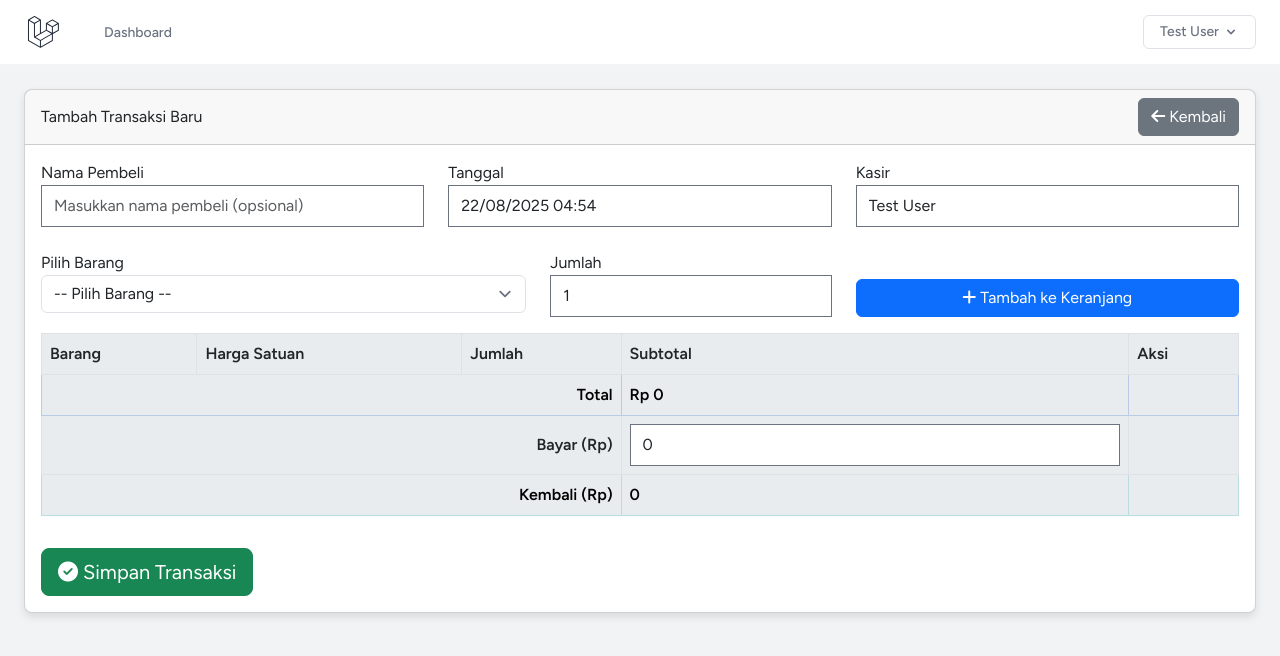
Repository: mufti-1448/kasir-app
Page: http://localhost/transaksis/create
An editor plug-in stored every save of this project. The page is shown before and after a run of saves, followed by the edit.
The browser window is 1280 px wide. The pictures show the whole page.
The page is served by the project's Laravel application, run on PHP 8.4 with Laravel 12. A made-up administrator, Test User (test@example.com), is signed in. Other server files are loaded and not shown. Style sheets and scripts are compiled from the project's sources, by tool versions that may differ from the author's. Queries for data that is not in the repository find no rows.

Above is the page before, as saved 2025-09-02 23:12:24.

### routes/web.php
<?php

use App\Http\Controllers\ProfileController;
use App\Http\Controllers\BarangController;
use Illuminate\Support\Facades\Route;
use App\Http\Controllers\TransaksiController;

Route::get('/', function () {
    return view('welcome');
});

Route::get('/dashboard', function () {
    return view('dashboard');
})->middleware(['auth', 'verified'])->name('dashboard');

Route::middleware('auth')->group(function () {
    // Profile routes
    Route::get('/profile', [ProfileController::class, 'edit'])->name('profile.edit');
    Route::patch('/profile', [ProfileController::class, 'update'])->name('profile.update');
    Route::delete('/profile', [ProfileController::class, 'destroy'])->name('profile.destroy');

    // Barang routes - menggunakan resource controller
    Route::resource('barangs', BarangController::class);

    // Alternatif: jika ingin mendefinisikan manual satu per satu
    // Route::get('/barangs', [BarangController::class, 'index'])->name('barangs.index');
    // Route::get('/barangs/create', [BarangController::class, 'create'])->name('barangs.create');
    // Route::post('/barangs', [BarangController::class, 'store'])->name('barangs.store');
    // Route::get('/barangs/{barang}', [BarangController::class, 'show'])->name('barangs.show');
    // Route::get('/barangs/{barang}/edit', [BarangController::class, 'edit'])->name('barangs.edit');
    // Route::put('/barangs/{barang}', [BarangController::class, 'update'])->name('barangs.update');
    // Route::delete('/barangs/{barang}', [BarangController::class, 'destroy'])->name('barangs.destroy');

    // Tambahkan di dalam middleware auth
    Route::resource('transaksis', TransaksiController::class);
    Route::post('transaksis/add-item', [TransaksiController::class, 'addItem'])->name('transaksis.addItem');
    Route::post('transaksis/remove-item', [TransaksiController::class, 'removeItem'])->name('transaksis.removeItem');
    Route::post('transaksis/process-payment', [TransaksiController::class, 'processPayment'])->name('transaksis.processPayment');
});

require __DIR__ . '/auth.php';

### app/Models/Barang.php
<?php

namespace App\Models;

use Illuminate\Database\Eloquent\Factories\HasFactory;
use Illuminate\Database\Eloquent\Model;
use Illuminate\Database\Eloquent\SoftDeletes;

class Barang extends Model
{
    use HasFactory, SoftDeletes;

    protected $table = 'barangs'; // <- Pastikan ini 'barangs'

    protected $fillable = [
        'nama',
        'kategori',
        'harga_beli',
        'harga_jual',
        'stok',
        'satuan'
    ];
}

### resources/views/transaksis/create.blade.php
@extends('layouts.app')

@section('title', 'Tambah Transaksi Baru')

@section('content')
    <div class="container-fluid">
        <div class="row">
            <div class="col-md-12">
                <div class="card">
                    <div class="card-header d-flex justify-content-between align-items-center">
                        <h5 class="mb-0">Tambah Transaksi Baru</h5>
                        <a href="{{ route('transaksis.index') }}" class="btn btn-secondary">
                            <i class="fas fa-arrow-left"></i> Kembali
                        </a>
                    </div>
                    <div class="card-body">
                        <form id="form-transaksi" method="POST" action="{{ route('transaksis.store') }}">
                            @csrf

                            <!-- Informasi Transaksi & Nama Pembeli -->
                            <div class="row mb-4">
                                <div class="col-md-4">
                                    <div class="form-group">
                                        <label for="nama_pembeli">Nama Pembeli</label>
                                        <input type="text" name="nama_pembeli" id="nama_pembeli" class="form-control"
                                            placeholder="Masukkan nama pembeli (opsional)"
                                            value="{{ old('nama_pembeli') }}">
                                    </div>
                                </div>
                                <div class="col-md-4">
                                    <div class="form-group">
                                        <label for="tanggal">Tanggal</label>
                                        <input type="text" class="form-control" value="{{ now()->format('d/m/Y H:i') }}"
                                            readonly>
                                    </div>
                                </div>
                                <div class="col-md-4">
                                    <div class="form-group">
                                        <label for="kasir">Kasir</label>
                                        <input type="text" class="form-control" value="{{ auth()->user()->name }}"
                                            readonly>
                                    </div>
                                </div>
                            </div>

                            <!-- Pilih Barang -->
                            <div class="row mb-3">
                                <div class="col-md-5">
                                    <label for="barang_id">Pilih Barang</label>
                                    <select id="barang_id" class="form-control">
                                        <option value="">-- Pilih Barang --</option>
                                        @foreach ($barangs as $barang)
                                            <option value="{{ $barang->id }}" data-harga="{{ $barang->harga_jual }}"
                                                data-nama="{{ $barang->nama }}" data-stok="{{ $barang->stok }}"
                                                data-kode="{{ $barang->kode }}">
                                                {{ $barang->kode }} - {{ $barang->nama }} (Stok: {{ $barang->stok }}) -
                                                Rp {{ number_format($barang->harga_jual, 0, ',', '.') }}
                                            </option>
                                        @endforeach
                                    </select>
                                    <small class="text-muted" id="stok-info"></small>
                                </div>
                                <div class="col-md-3">
                                    <label for="jumlah">Jumlah</label>
                                    <input type="number" id="jumlah" class="form-control" min="1" value="1">
                                </div>
                                <div class="col-md-4 d-flex align-items-end ">
                                    <button type="button" id="btn-tambah" class="btn btn-primary w-100">
                                        <i class="fas fa-plus"></i> Tambah ke Keranjang
                                    </button>
                                </div>
                            </div>

                            <!-- Tabel Transaksi -->
                            <div class="table-responsive mb-3">
                                <table class="table table-bordered table-hover" id="tabel-transaksi">
                                    <thead class="thead-light">
                                        <tr>
                                            <th>Barang</th>
                                            <th>Harga Satuan</th>
                                            <th>Jumlah</th>
                                            <th>Subtotal</th>
                                            <th>Aksi</th>
                                        </tr>
                                    </thead>
                                    <tbody>
                                        <!-- Items akan ditambahkan di sini via JavaScript -->
                                    </tbody>
                                    <tfoot>
                                        <tr class="table-primary">
                                            <th colspan="3" class="text-end">Total</th>
                                            <th id="total">Rp 0</th>
                                            <th></th>
                                        </tr>
                                        <tr>
                                            <th colspan="3" class="text-end">Bayar (Rp)</th>
                                            <th>
                                                <input type="number" name="bayar" id="bayar" class="form-control"
                                                    min="0" required value="{{ old('bayar', 0) }}">
                                            </th>
                                            <th></th>
                                        </tr>
                                        <tr class="table-info">
                                            <th colspan="3" class="text-end">Kembali (Rp)</th>
                                            <th id="kembali">0</th>
                                            <th></th>
                                        </tr>
                                    </tfoot>
                                </table>
                            </div>

                            <button type="submit" class="btn btn-success btn-lg">
                                <i class="fas fa-check-circle"></i> Simpan Transaksi
                            </button>
                        </form>
                    </div>
                </div>
            </div>
        </div>
    </div>
@endsection

@section('scripts')
    <script>
        document.addEventListener('DOMContentLoaded', function() {
            const barangSelect = document.getElementById('barang_id');
            const jumlahInput = document.getElementById('jumlah');
            const btnTambah = document.getElementById('btn-tambah');
            const tabelBody = document.querySelector('#tabel-transaksi tbody');
            const totalEl = document.getElementById('total');
            const bayarEl = document.getElementById('bayar');
            const kembaliEl = document.getElementById('kembali');
            const stokInfo = document.getElementById('stok-info');
            const form = document.getElementById('form-transaksi');

            let items = [];

            // Tampilkan info stok saat barang dipilih
            barangSelect.addEventListener('change', function() {
                if (this.value) {
                    const selectedOption = this.options[this.selectedIndex];
                    const stok = parseInt(selectedOption.getAttribute('data-stok'));
                    stokInfo.textContent = `Stok tersedia: ${stok}`;
                    stokInfo.className = 'text-muted';
                    jumlahInput.setAttribute('max', stok);
                } else {
                    stokInfo.textContent = '';
                }
            });

            // Format Rupiah
            function formatRupiah(angka) {
                return new Intl.NumberFormat('id-ID').format(angka);
            }

            // Update total dan kembalian
            function updateTotal() {
                let total = items.reduce((sum, item) => sum + item.harga * item.jumlah, 0);
                totalEl.textContent = 'Rp ' + formatRupiah(total);

                const bayar = parseFloat(bayarEl.value) || 0;
                const kembali = bayar - total;
                kembaliEl.textContent = formatRupiah(kembali > 0 ? kembali : 0);

                // Validasi bayar
                if (bayar < total) {
                    bayarEl.classList.add('is-invalid');
                    kembaliEl.parentElement.classList.add('table-danger');
                } else {
                    bayarEl.classList.remove('is-invalid');
                    kembaliEl.parentElement.classList.remove('table-danger');
                }
            }

            // Tambah item ke keranjang
            btnTambah.addEventListener('click', function() {
                if (!barangSelect.value) {
                    alert('Pilih barang terlebih dahulu');
                    return;
                }

                const selectedOption = barangSelect.options[barangSelect.selectedIndex];
                const barangId = barangSelect.value;
                const nama = selectedOption.getAttribute('data-nama');
                const kode = selectedOption.getAttribute('data-kode');
                const harga = parseFloat(selectedOption.getAttribute('data-harga'));
                const stok = parseInt(selectedOption.getAttribute('data-stok'));
                const jumlah = parseInt(jumlahInput.value);

                if (isNaN(jumlah) || jumlah < 1) {
                    alert('Jumlah harus minimal 1');
                    return;
                }

                if (jumlah > stok) {
                    alert(`Stok tidak cukup. Stok tersedia: ${stok}`);
                    return;
                }

                // Cek apakah barang sudah ada di keranjang
                const existingItem = items.find(item => item.barangId === barangId);

                if (existingItem) {
                    const newJumlah = existingItem.jumlah + jumlah;
                    if (newJumlah > stok) {
                        alert(`Stok tidak cukup untuk menambah jumlah. Stok tersedia: ${stok}`);
                        return;
                    }
                    existingItem.jumlah = newJumlah;

                    // Update tabel
                    const row = tabelBody.querySelector(`tr[data-barang-id="${barangId}"]`);
                    row.cells[2].textContent = newJumlah;
                    row.cells[3].textContent = 'Rp ' + formatRupiah(newJumlah * harga);
                } else {
                    const newItem = {
                        barangId,
                        kode,
                        nama,
                        harga,
                        jumlah
                    };
                    items.push(newItem);

                    const newRow = tabelBody.insertRow();
                    newRow.setAttribute('data-barang-id', barangId);
                    newRow.innerHTML = `
                <td>${kode} - ${nama}</td>
                <td>Rp ${formatRupiah(harga)}</td>
                <td>${jumlah}</td>
                <td>Rp ${formatRupiah(harga * jumlah)}</td>
                <td>
                    <button type="button" class="btn btn-sm btn-danger btn-hapus">
                        <i class="fas fa-trash"></i>
                    </button>
                </td>
            `;

                    // Hapus item
                    const btnHapus = newRow.querySelector('.btn-hapus');
                    btnHapus.addEventListener('click', function() {
                        items = items.filter(item => item.barangId !== barangId);
                        newRow.remove();
                        updateTotal();
                    });
                }

                updateTotal();
                jumlahInput.value = 1;
            });

            // Hitung kembalian saat bayar berubah
            bayarEl.addEventListener('input', updateTotal);

            // Validasi form sebelum submit
            form.addEventListener('submit', function(e) {
                if (items.length === 0) {
                    e.preventDefault();
                    alert('Tambahkan minimal satu item ke keranjang');
                    return;
                }

                const total = items.reduce((sum, item) => sum + item.harga * item.jumlah, 0);
                const bayar = parseFloat(bayarEl.value) || 0;
                if (bayar < total) {
                    e.preventDefault();
                    alert('Jumlah pembayaran kurang dari total transaksi');
                    return;
                }

                // Tambahkan input hidden untuk setiap item
                items.forEach((item, index) => {
                    const inputBarangId = document.createElement('input');
                    inputBarangId.type = 'hidden';
                    inputBarangId.name = `items[${index}][barang_id]`;
                    inputBarangId.value = item.barangId;
                    form.appendChild(inputBarangId);

                    const inputJumlah = document.createElement('input');
                    inputJumlah.type = 'hidden';
                    inputJumlah.name = `items[${index}][jumlah]`;
                    inputJumlah.value = item.jumlah;
                    form.appendChild(inputJumlah);

                    const inputHarga = document.createElement('input');
                    inputHarga.type = 'hidden';
                    inputHarga.name = `items[${index}][harga_satuan]`;
                    inputHarga.value = item.harga;
                    form.appendChild(inputHarga);
                });
            });

            // Inisialisasi
            updateTotal();
        });
    </script>
@endsection


@section('styles')
    <style>
        .table th {
            vertical-align: middle;
        }

        #stok-info {
            display: block;
            margin-top: 5px;
        }

        .is-invalid {
            border-color: #dc3545;
        }
    </style>
@endsection

### resources/views/layouts/app.blade.php
<!DOCTYPE html>
<html lang="{{ str_replace('_', '-', app()->getLocale()) }}">
<head>
    <meta charset="utf-8">
    <meta name="viewport" content="width=device-width, initial-scale=1">
    <meta name="csrf-token" content="{{ csrf_token() }}">

    <title>{{ config('app.name', 'Laravel') }}</title>

    <!-- Fonts -->
    <link rel="preconnect" href="https://fonts.bunny.net">
    <link href="https://fonts.bunny.net/css?family=figtree:400,500,600&display=swap" rel="stylesheet">

    <!-- Bootstrap CSS -->
    <link href="https://cdn.jsdelivr.net/npm/bootstrap@5.3.0/dist/css/bootstrap.min.css" rel="stylesheet">

    <!-- Font Awesome -->
    <link rel="stylesheet" href="https://cdnjs.cloudflare.com/ajax/libs/font-awesome/6.4.0/css/all.min.css">

    <!-- App CSS -->
    @vite(['resources/css/app.css', 'resources/js/app.js'])

    <!-- Custom Styles -->
    <style>
        body {
            font-family: 'Figtree', sans-serif;
            background-color: #f1f3f5;
        }

        .card {
            box-shadow: 0 0.25rem 0.5rem rgba(0,0,0,0.1);
            border-radius: 0.5rem;
            transition: transform 0.2s;
        }
        .card:hover {
            transform: translateY(-5px);
        }

        .table th {
            background-color: #e9ecef;
        }

        header.bg-white {
            background-color: #ffffff !important;
        }

        .btn-delete {
            color: #fff;
            background-color: #dc3545;
            border: none;
        }
        .btn-delete:hover {
            background-color: #c82333;
        }
    </style>
</head>
<body>
    <div class="min-vh-100 d-flex flex-column">
        <!-- Navigation -->
        @include('layouts.navigation')

        <!-- Page Heading -->
        @if (isset($header))
            <header class="bg-white shadow-sm">
                <div class="container py-4 px-3">
                    {{ $header }}
                </div>
            </header>
        @endif

        <!-- Page Content -->
        <main class="flex-grow-1 container my-4">
            @yield('content')
        </main>
    </div>

    <!-- Bootstrap JS -->
    <script src="https://cdn.jsdelivr.net/npm/bootstrap@5.3.0/dist/js/bootstrap.bundle.min.js"></script>

    @yield('scripts')
    <!-- Script Konfirmasi -->
    <script>
        document.addEventListener('DOMContentLoaded', function() {
            document.querySelectorAll('.btn-delete').forEach(button => {
                button.addEventListener('click', function(e) {
                    if(!confirm('Apakah Anda yakin ingin menghapus data ini?')) {
                        e.preventDefault();
                    }
                });
            });
        });
    </script>

</body>
</html>

Loaded but not shown: routes/auth.php (common file); app/Http/Controllers/Auth/EmailVerificationPromptController.php (common file); app/Http/Controllers/Controller.php (common file); app/Http/Controllers/Auth/VerifyEmailController.php (common file); app/Models/User.php (common file); resources/views/layouts/navigation.blade.php (common file); resources/views/components/application-logo.blade.php (common file); resources/views/components/nav-link.blade.php (common file); resources/views/components/dropdown-link.blade.php (common file); resources/views/components/dropdown.blade.php (common file); resources/views/components/responsive-nav-link.blade.php (common file); resources/css/app.css (common file); tailwind.config.js (common file); resources/js/app.js (common file); resources/js/bootstrap.js (common file); app/Http/Controllers/TransaksiController.php (184 lines, source omitted)

After the next 4 saves:
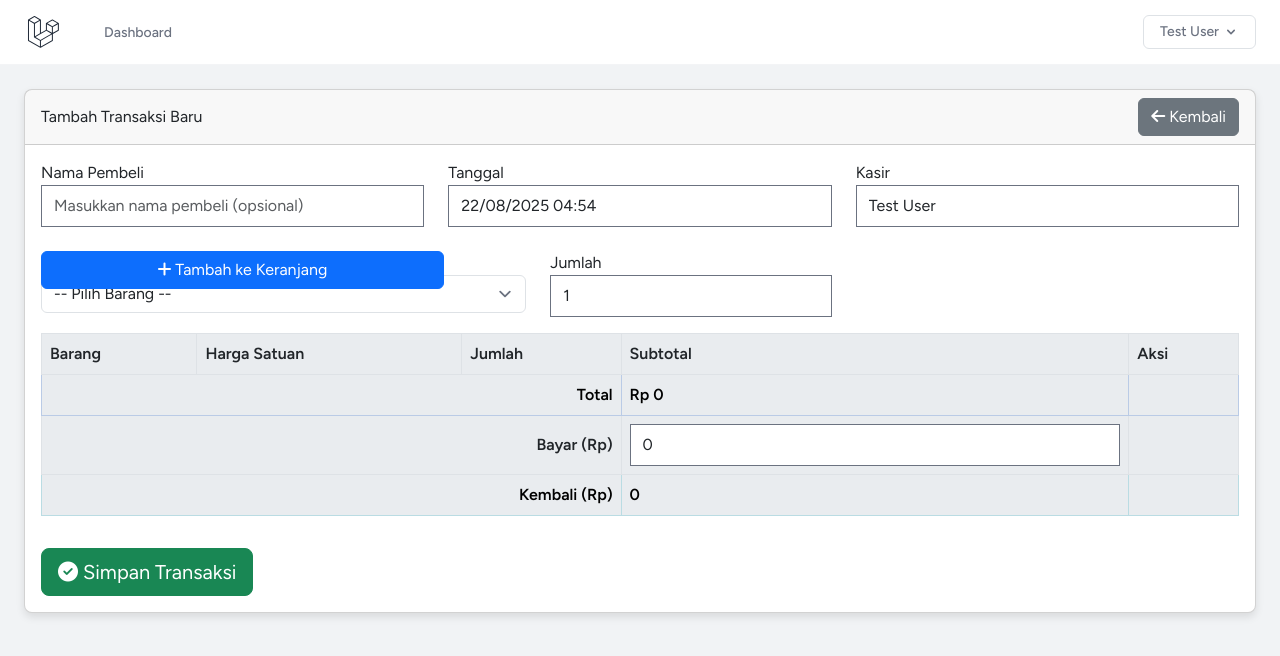
The 4 saves are shown as one change because they came seconds apart.
The last was saved 10 s later.
--- a/resources/views/transaksis/create.blade.php
+++ b/resources/views/transaksis/create.blade.php
@@ -64,7 +64,7 @@
                                     <label for="jumlah">Jumlah</label>
                                     <input type="number" id="jumlah" class="form-control" min="1" value="1">
                                 </div>
-                                <div class="col-md-4 d-flex align-items-end ">
+                                <div class="col-md-4 d-flex align-items-end position-fixed">
                                     <button type="button" id="btn-tambah" class="btn btn-primary w-100">
                                         <i class="fas fa-plus"></i> Tambah ke Keranjang
                                     </button>

After the 2 saves that followed:
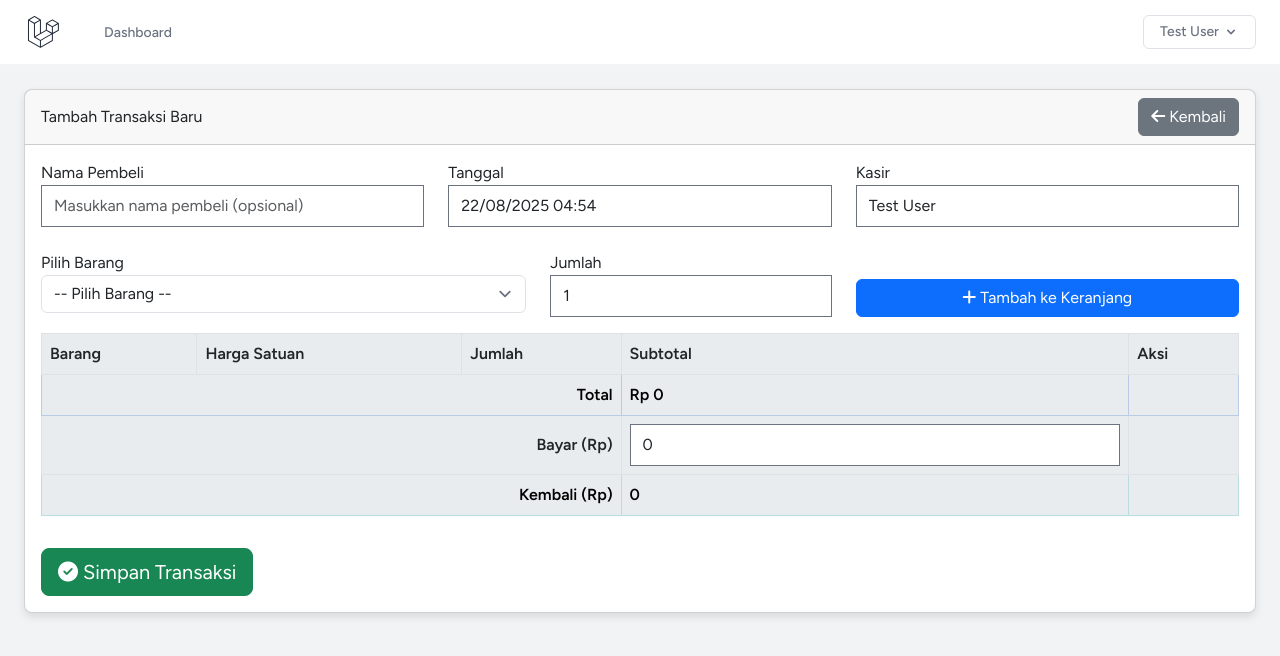
The 2 saves are shown as one change because they came seconds apart.
The last was saved 15 s later.
--- a/resources/views/transaksis/create.blade.php
+++ b/resources/views/transaksis/create.blade.php
@@ -64,7 +64,7 @@
                                     <label for="jumlah">Jumlah</label>
                                     <input type="number" id="jumlah" class="form-control" min="1" value="1">
                                 </div>
-                                <div class="col-md-4 d-flex align-items-end position-fixed">
+                                <div class="col-md-4 d-flex align-items-end">
                                     <button type="button" id="btn-tambah" class="btn btn-primary w-100">
                                         <i class="fas fa-plus"></i> Tambah ke Keranjang
                                     </button>
